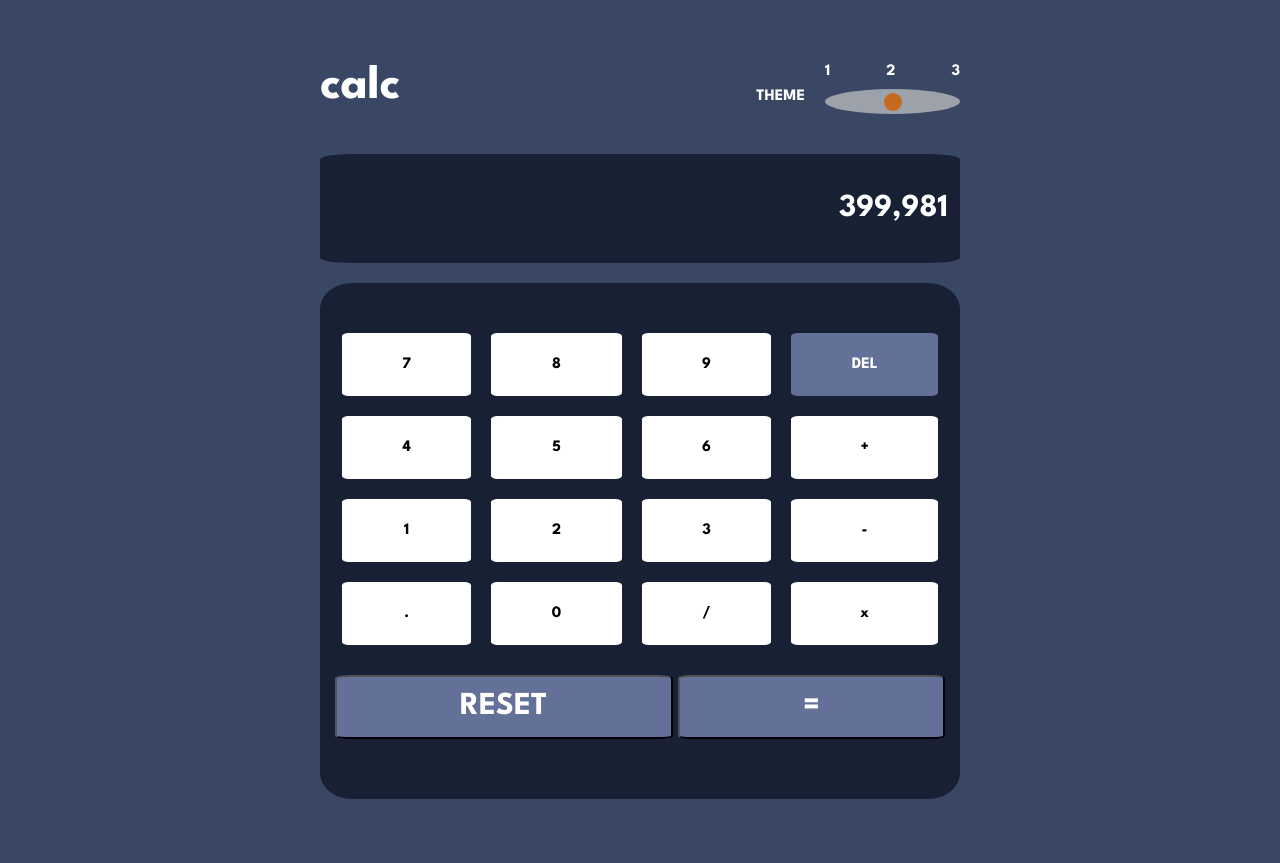
Repository: DevLaukey/calc-with-css-js
Page: index.html
An editor plug-in stored every save of this project. The page is shown before and after the next save, followed by the edit.
The browser window is 1280 px wide. The pictures show the whole page.

Above is the page before, as saved 2022-05-18 15:19:51.
Console error: TypeError: Cannot read properties of null (reading 'addEventListener')

### index.html
<!DOCTYPE html>
<html lang="en">
  <head>
    <meta charset="UTF-8" />
    <meta http-equiv="X-UA-Compatible" content="IE=edge" />
    <meta name="viewport" content="width=device-width, initial-scale=1.0" />
    <title>Calculator</title>
    <link rel="stylesheet" href="./styles.css" />
    <link rel="preconnect" href="https://fonts.googleapis.com" />
    <link rel="preconnect" href="https://fonts.gstatic.com" crossorigin />
    <link
      href="https://fonts.googleapis.com/css2?family=League+Spartan:wght@700&display=swap"
      rel="stylesheet"
    />
  </head>
  <body>
    <div class="body">
      <header class="calculator__header">
        <div>
          <p class="calculator__name text">calc</p>
        </div>
        <div class="calculator__slider">
          <div class="text">
            <p class="calculator__theme text">THEME</p>
          </div>
          <div class="class-slider">
            <p class="calculator__smallText text">
              <span>1</span>
              <span>2</span>
              <span>3</span>
            </p>
            <div class="calculator__block">
              <input
                class="slider"
                type="range"
                min="1"
                max="3"
                name=""
                id=""
              />
            </div>
          </div>
        </div>
      </header>
      <div class="calculator__display">
        <p class="text calculator__solution">399,981</p>
      </div>
      <di v class="calculator__input">
        <div class="calculator__row">
          <p class="calculator__button seven">7</p>
          <p class="calculator__button eight">8</p>
          <p class="calculator__button nine">9</p>
          <p
            class="calculator__button del back"
            style="background-color: hsl(225, 21%, 49%); color: white"
          >
            DEL
          </p>
          <p class="calculator__button four">4</p>
          <p class="calculator__button five">5</p>
          <p class="calculator__button six">6</p>
          <p class="calculator__button plus">+</p>
          <p class="calculator__button one">1</p>
          <p class="calculator__button two">2</p>
          <p class="calculator__button three">3</p>
          <p class="calculator__button minus">-</p>

          <p class="calculator__button dot">.</p>
          <p class="calculator__button minus">0</p>
          <p class="calculator__button slash">/</p>
          <p class="calculator__button multiply">x</p>
        </div>
        <div class="calculator__control">
          <button class="control reset text">RESET</button>
          <button class="control equals text">=</button>
        </div>
      </di>
    </div>
  </body>
  <script>
    const range = document.getElementById("rangeInput");
var style = document.querySelector('[data="test"]');

range.addEventListener("input", () => {
   const slider_value = range.value;
   let thumb_color;
   if (slider_value <= 29) {
       thumb_color = "rgb(255, 0, 0)";
   }
   else if (slider_value >= 30 && slider_value <= 69) {
       thumb_color = "rgb(255, 255, 0)";
   }
   else {
       thumb_color = "rgb(0, 255, 0)";
   }
   style.innerHTML = `.slider::-webkit-slider-thumb { background-color: ${thumb_color} !important; } .slider:-moz-range-thumb {  ${thumb_color} !important; }`;
});
  </script>
</html>

### styles.css
* {
  margin: 0;
  padding: 0;
  box-sizing: border-box;
}

body {
  background-color: hsl(222, 26%, 31%);
}
.body {
  font-family: "League Spartan", sans-serif;

  margin-bottom: 5%;
  margin-top: 5%;
  margin-left: 25%;
  margin-right: 25%;
}
.calculator__header {
  display: flex;
  width: 100%;
  justify-content: space-between;
  margin-bottom: 25px;
}
.calculator__block {
  display: flex;
}
.calculator__name {
  font-size: 3em;
  color: white;
}
.calculator__slider {
  display: flex;
}
.calculator__theme {
  margin-top: 25px;
  margin-right: 20px;
}
.calculator__smallText {
  display: flex;

  justify-content: space-between;
}
.text {
  color: white;
  font-family: "League Spartan", sans-serif;
}
.numbers {
  color: hsl(221, 14%, 31%);
}

.slider {
  -webkit-appearance: none;

  padding: 6px 3px;
  background: hsl(224, 36%, 15%);
  border-radius: 50px/25px;

  opacity: 0.7;
  -webkit-transition: 0.2s;
  transition: opacity 0.2s;
}
/* slider */
.slider {
    width: 100%;
    margin: 10px auto;
    -webkit-appearance: none;
    height: 25px;
    border-radius: 50%;
    margin-bottom: 15px;
    background-color: rgb(200, 200, 200);
}

.slider::-webkit-slider-thumb {
   -webkit-appearance: none;
    width: 18px;
    height: 18px;
    border-radius: 10px;
    background-color: rgb(255, 120, 0);
    overflow: visible;
    cursor: pointer;
    transition: all 1s ease;
}

.calculator__display {
  background-color: hsl(224, 36%, 15%);
  display: flex;
  flex-direction: row-reverse;
  border-radius: 5%;
  padding: 2.5em 0.75rem 2.5em 0.75em;
  margin-bottom: 20px;
}
.calculator__solution {
  font-size: 2em;
}
.calculator__input {
  background-color: hsl(224, 36%, 15%);
  border-radius: 5%;
  text-align: center;
  padding: 2.5em 0.75rem 2.5em 0.75em;
  display: flex;
  flex-direction: column;
}
.calculator__row {
  display: grid;
  gap: 20px;
  grid-template-columns: auto auto auto auto;
  padding: 10px;
  margin-bottom: 20px;
}
.calculator__button {
  background-color: white;
  padding-top: 1.5em;
  padding-bottom: 1.5em;
  padding-left: -0.2em;
  padding-right: -0.2em;
  border-radius: 5%;
  box-shadow: hsl(224, 28%, 35%);
}
.calculator__control {
  display: flex;
  justify-content: space-around;
  margin-bottom: 20px;
}
.control {
  padding: 2.5% 20% 2.5% 20%;
  border-radius: 5%;
  font-size: 2em;
}
.reset {
  background-color: hsl(225, 21%, 49%);
}
.equals {
  background-color: hsl(225, 21%, 49%);
}

After the next save:
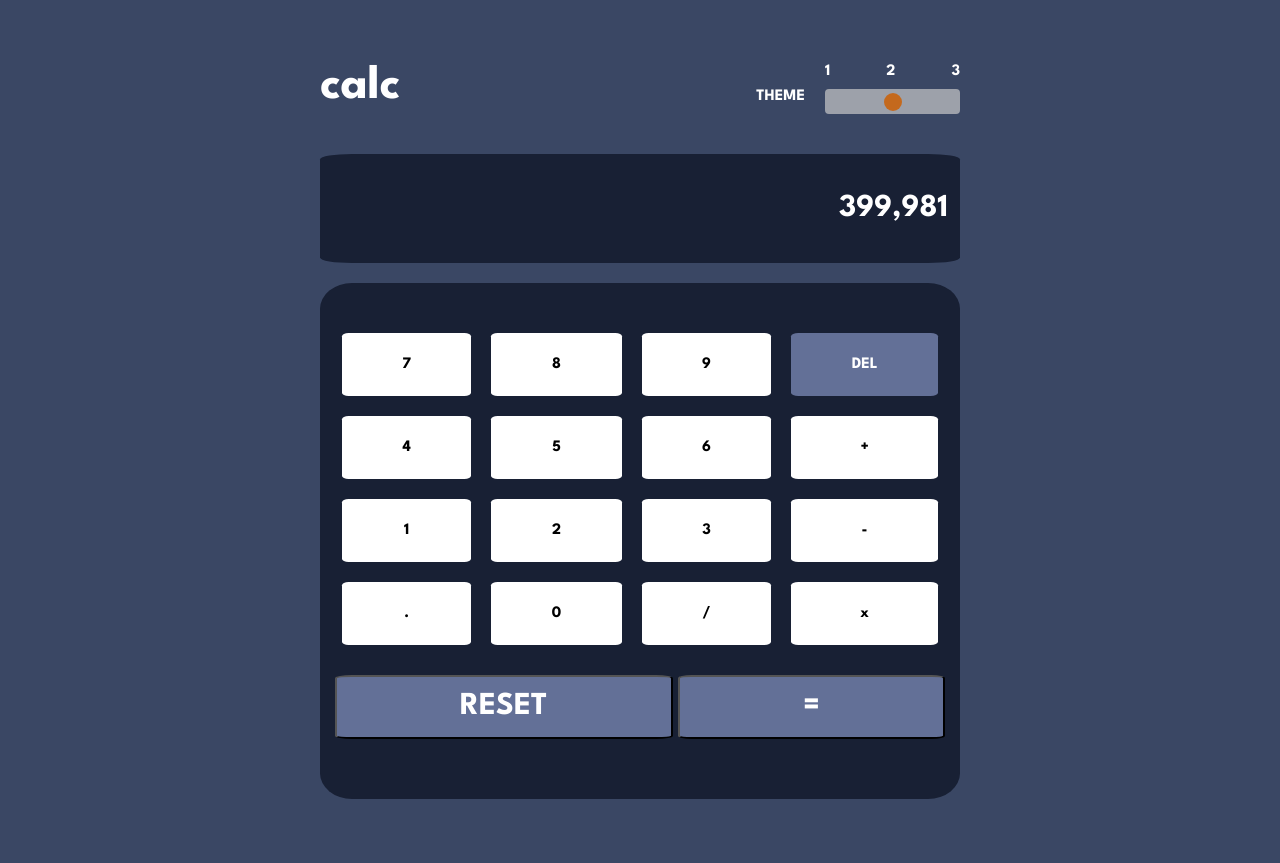
Saved 5 s later.
--- a/styles.css
+++ b/styles.css
@@ -65,7 +65,7 @@ body {
     margin: 10px auto;
     -webkit-appearance: none;
     height: 25px;
-    border-radius: 50%;
+    border-radius: 4px;
     margin-bottom: 15px;
     background-color: rgb(200, 200, 200);
 }
